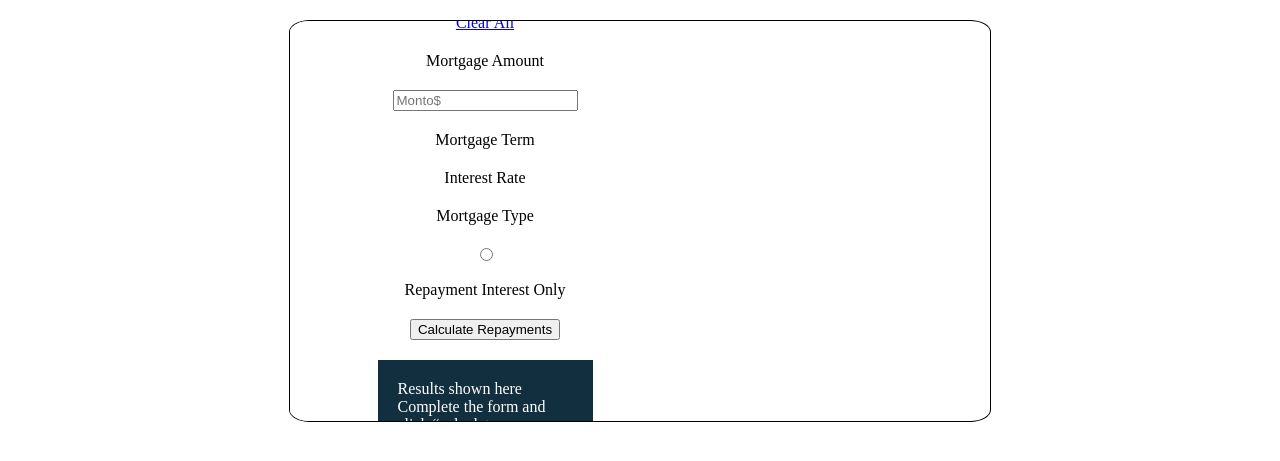
Repository: GravielPV/Mortgage-repayment-calculator
Page: index.html
The author's editor kept a copy of each file at every save. The page is drawn from the files as they stood at one save, then again after the next save.
The browser window is 1280 px wide. The pictures show the whole page.

Above is the page before, as saved 2025-12-11 16:55:26.

### index.html
<!DOCTYPE html>
<html lang="en">
<head>
  <meta charset="UTF-8">
  <meta name="viewport" content="width=device-width, initial-scale=1.0"> <!-- displays site properly based on user's device -->

  <link rel="icon" type="image/png" sizes="32x32" href="./assets/images/favicon-32x32.png">
  <link rel="stylesheet" href="styles.css">
  <title>Frontend Mentor | Mortgage repayment calculator</title>


</head>
<body>
  <div class="carta">

    <div class="lado izquierdo">

 <h3> Mortgage Calculator </h3>
  <a href="#">Clear All</a>

  <label for="mortgage">Mortgage Amount</label>
<input type="text" name="mortgage" id="input-mortgage" placeholder="Monto$">
<label for="">Mortgage Term</label>
<label for=""> Interest Rate</label>
  <label for="">Mortgage Type</label>
  <input type="radio">
  Repayment
  Interest Only
    </input>
  <div class="boton">

    <button>Calculate Repayments</button>
  </div>

  <!-- Empty results start -->

  <div class="lado derecho">

  Results shown here

  Complete the form and click “calculate repayments” to see what
  your monthly repayments would be.
  </div>

  <!-- Empty results end -->

  <!-- Completed results start -->

  <div class="resultado">
  Your results

  Your results are shown below based on the information you provided.
  To adjust the results, edit the form and click “calculate repayments” again.

  Your monthly repayments

  Total you'll repay over the term
  </div>

  </div>

  <!-- Completed results end -->

</body>
</html>

### styles.css
.carta{
    width: 700px;
    height: 400px;
display: flex;
margin: 20px auto;
border-radius: 3%;
border: 1px solid rgb(0, 0, 0);
 overflow: hidden;
}

.lado{
    width: 50%;
    display: flex;
    flex-direction: column;
    justify-content: center;
    align-items: center;
    gap: 20px;
    padding: 20px;


}

.izquierdo{
display: flex;
    background-color: rgb(255, 255, 255);
}

.derecho{

    background-color: hsl(202, 55%, 16%);
    color: white;
}

.resultado{
    display: none;
}

After the next save:
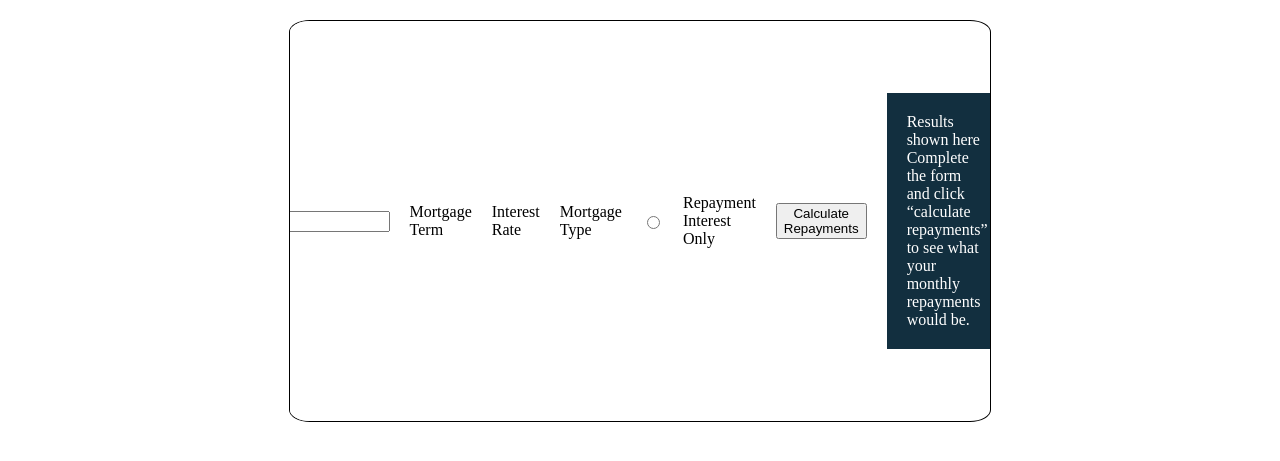
Saved 10 s later.
--- a/styles.css
+++ b/styles.css
@@ -11,7 +11,7 @@ border: 1px solid rgb(0, 0, 0);
 .lado{
     width: 50%;
     display: flex;
-    flex-direction: column;
+
     justify-content: center;
     align-items: center;
     gap: 20px;
